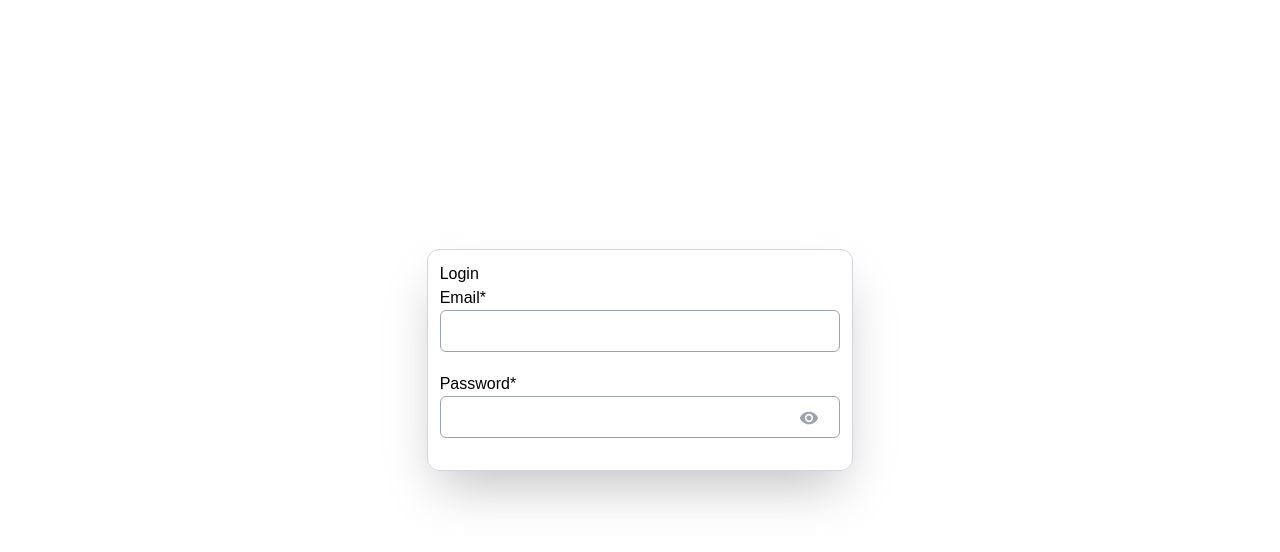
Repository: Qu4ntumGuy/support-ai
Page: /auth (app in frontend/)
An editor plug-in stored every save of this project. The page is shown before and after the next save, followed by the edit.
The browser window is 1280 px wide. The pictures show the whole page.
The project was rebuilt for these pictures with package versions that can differ from the ones it lists, and the page was loaded fresh each time.

Above is the page before, as saved 2024-07-13 18:46:33.

### frontend/src/index.css
@tailwind base;
@tailwind components;
@tailwind utilities;

@import url("https://fonts.googleapis.com/css2?family=Poppins:ital,wght@0,100;0,200;0,300;0,400;0,500;0,600;0,700;0,800;0,900;1,100;1,200;1,300;1,400;1,500;1,600;1,700;1,800;1,900&display=swap");

:root {
  font-family: "Poppins", sans-serif;
  color-scheme: light;
}

### frontend/src/App.js
import React, { Suspense } from "react";
import { Route, Routes } from "react-router-dom";
import { BrowserRouter } from "react-router-dom";

const Home = React.lazy(() => import("./Pages/Home/Home"));
const Auth = React.lazy(() => import("./Pages/Auth/Auth"));

function App() {
  return (
    <>
      <BrowserRouter>
        <Suspense fallback={<div>Loading...</div>}>
          <Routes>
            <Route path="/" exact element={<Home />} />
            <Route path="/auth" exact element={<Auth />} />
          </Routes>
        </Suspense>
      </BrowserRouter>
    </>
  );
}

export default App;

### frontend/src/Pages/Auth/Auth.js
import React from "react";
import { Link } from "react-router-dom";
import VisibilityIcon from "@mui/icons-material/Visibility";
import VisibilityOffIcon from "@mui/icons-material/VisibilityOff";

function Auth() {
  const [email, setEmail] = React.useState("");
  const [password, setPass] = React.useState("");
  const [showPassword, setShowPassword] = React.useState(false);
  const [loading, setLoading] = React.useState(false);

  const loginHandler = async (e) => {
    e.preventDefault();
    setLoading(true);
    const res = await fetch("http://localhost:8000/api/login", {
      method: "POST",
      headers: {
        "Content-Type": "application/json",
      },
      body: JSON.stringify({ email, password }),
    });
    const data = await res.json();
    console.log(data);
    setLoading(false);
  };

  return (
    <div className="flex h-screen justify-center items-center">
      <div className="border border-gray-300 rounded-xl p-2 w-full md:w-1/2 m-5 shadow-2xl xl:w-1/3 2xl:w-[30%] p-3">
        <div>Login</div>
        <div>
          <form>
            <div>
              <label>Email*</label>
              <input
                type="text"
                className=" hover:border-gray-500 border bg-inherit focus:outline-none  border-gray-400 w-full p-[2%] rounded-md mb-5"
                name="email"
                required
                onChange={(e) => setEmail(e.target.value)}
                value={email}
              />
            </div>
            <div>
              <label>Password*</label>
              <div className="flex border hover:border-gray-500 focus:outline-none  border-gray-400 w-full p-[2%] rounded-md mb-5 ">
                <input
                  type={showPassword ? "text" : "password"}
                  className="focus:outline-none w-11/12 bg-inherit"
                  name="password"
                  required
                  onChange={(e) => setPass(e.target.value)}
                  value={password}
                />
                <div
                  onClick={() => setShowPassword(!showPassword)}
                  className="w-1/12 cursor-pointer text-gray-400"
                >
                  {showPassword ? (
                    <VisibilityOffIcon fontSize="small" />
                  ) : (
                    <VisibilityIcon fontSize="small" />
                  )}
                </div>
              </div>
            </div>
          </form>
        </div>
      </div>
    </div>
  );
}

export default Auth;

Loaded but not shown: frontend/public/index.html (common file); frontend/src/index.js (common file); frontend/src/reportWebVitals.js (common file); frontend/tailwind.config.js (common file)

After the next save:
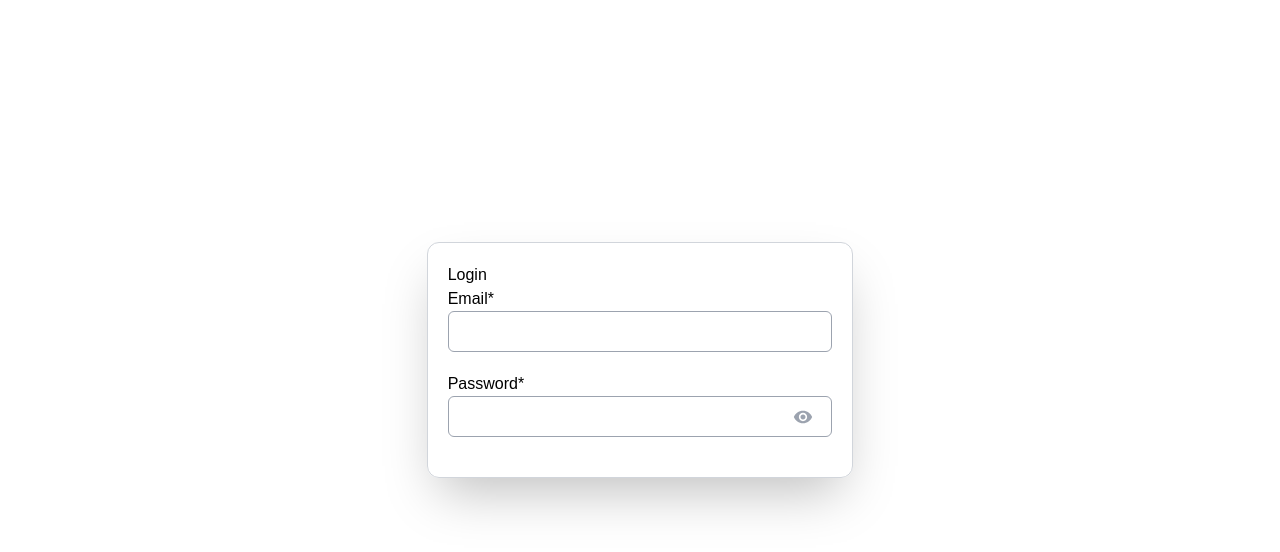
Saved 9 s later.
--- a/frontend/src/Pages/Auth/Auth.js
+++ b/frontend/src/Pages/Auth/Auth.js
@@ -26,7 +26,7 @@ function Auth() {
 
   return (
     <div className="flex h-screen justify-center items-center">
-      <div className="border border-gray-300 rounded-xl p-2 w-full md:w-1/2 m-5 shadow-2xl xl:w-1/3 2xl:w-[30%] p-3">
+      <div className="border border-gray-300 rounded-xl p-5 w-full md:w-1/2 m-5 shadow-2xl xl:w-1/3 2xl:w-[30%]">
         <div>Login</div>
         <div>
           <form>
